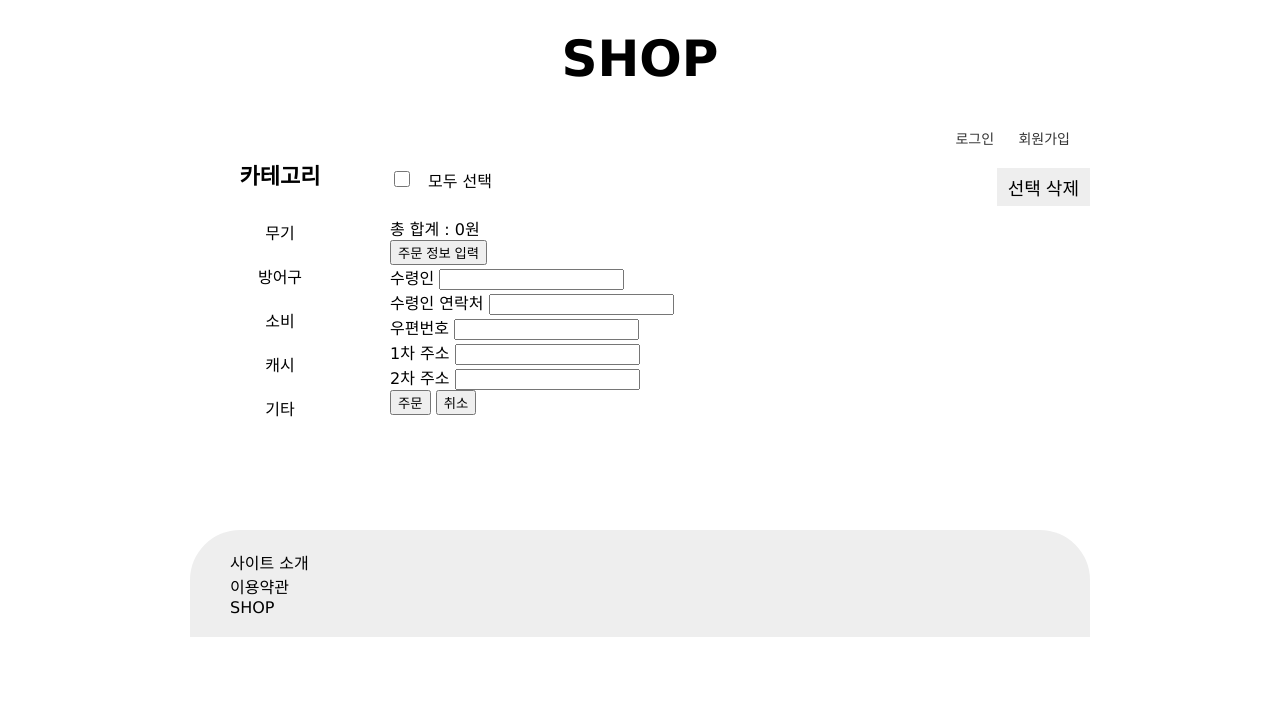
Repository: leesoonyong/shopping-mall
Page: http://localhost/shop/WEB-INF/views/shop/cartList.jsp
These files come from the project's save history. The page is drawn as it stood at one moment and after the next save; the edit follows.
The browser window is 1280 px wide. The pictures show the whole page.
The page is served by Tomcat 9. Nobody is signed in. The template is opened directly, without the code that normally fills it, so the values that code supplies are empty.

Above is the page before, as saved 2020-09-15 03:05:56.

After the next save:
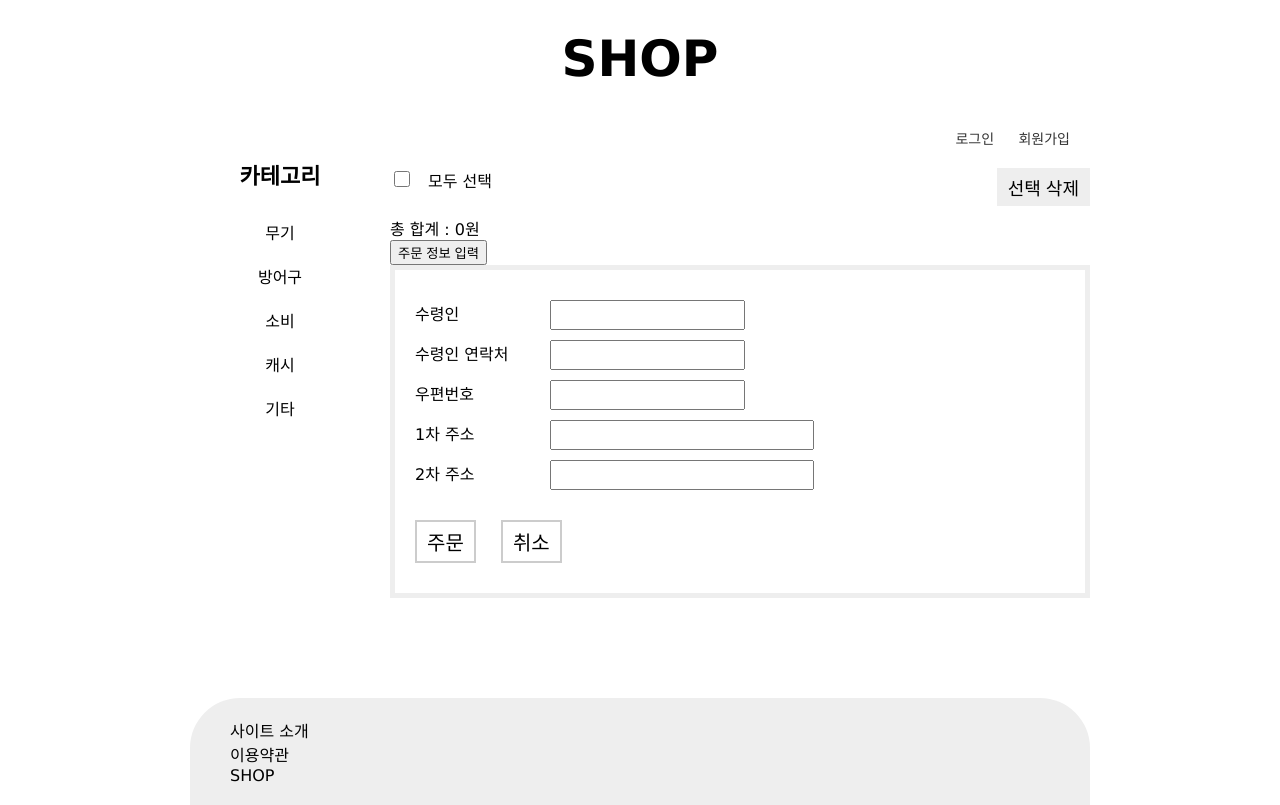
Saved 19 s later.
--- a/shop/src/main/webapp/WEB-INF/views/shop/cartList.jsp
+++ b/shop/src/main/webapp/WEB-INF/views/shop/cartList.jsp
@@ -216,6 +216,14 @@ section#content div.goodsName a {
 .listResult .orderOpne button { font-size:18px; padding:5px 10px; border:1px solid #999; background:#fff;}
 .listResult::after { content:""; display:block; clear:both; }
 
+.orderInfo { border:5px solid #eee; padding:20px; }
+.orderInfo .inputArea { margin:10px 0; }
+.orderInfo .inputArea label { display:inline-block; width:120px; margin-right:10px; }
+.orderInfo .inputArea input { font-size:14px; padding:5px; }
+#userAddr2, #userAddr3 { width:250px; }
+
+.orderInfo .inputArea:last-child { margin-top:30px; }
+.orderInfo .inputArea button { font-size:20px; border:2px solid #ccc; padding:5px 10px; background:#fff; margin-right:20px;}
 </style>
 </head>
 <body>
